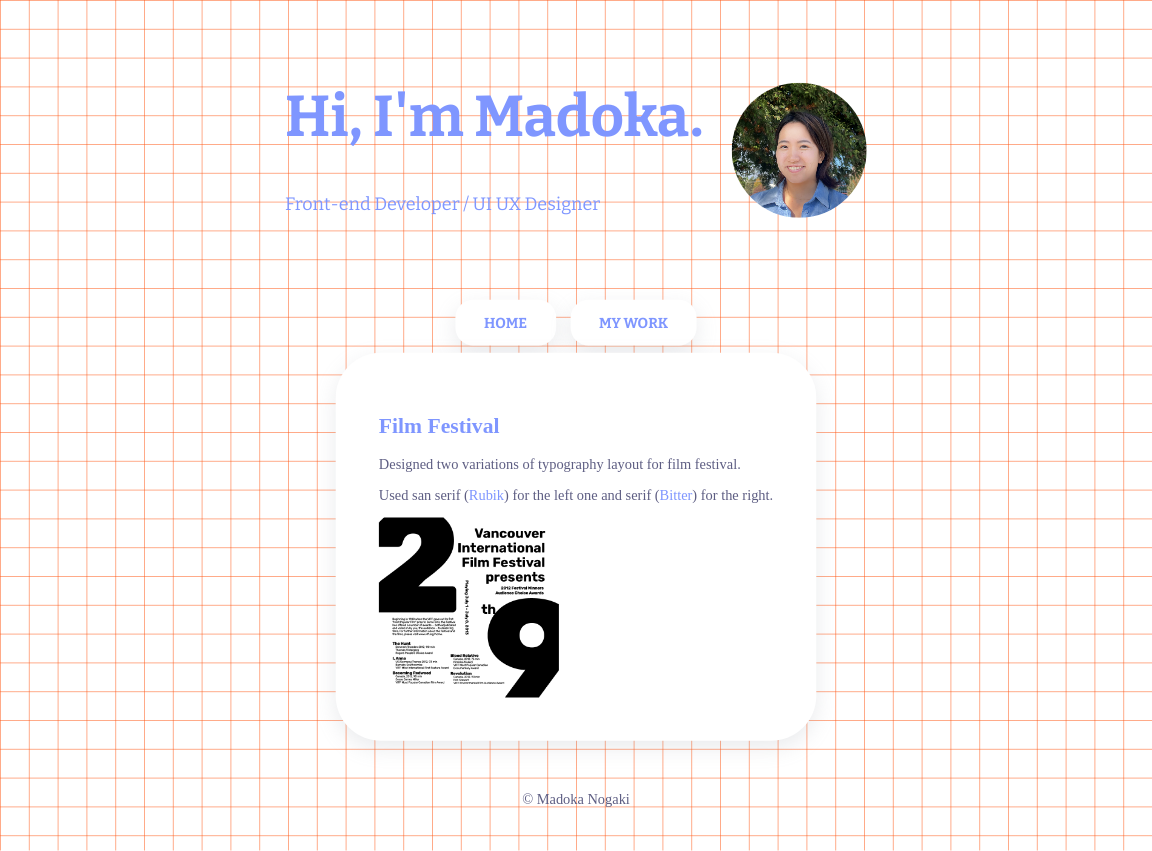
Repository: ohmaruko/portfolio
Page: /links/filmFestival
The author's editor kept a copy of each file at every save. The page is drawn from the files as they stood at one save, then again after the next save.
The browser window is 1280 px wide. The pictures show the whole page, at 90% of full size.
The project was rebuilt for these pictures with package versions that can differ from the ones it lists, and the page was loaded fresh each time. The framework's server and built-in components were replaced by stand-ins that run in the browser. Also part of the build but not shown: next.config.mjs.

Above is the page before, as saved 2024-02-18 23:55:17.

After the next save:
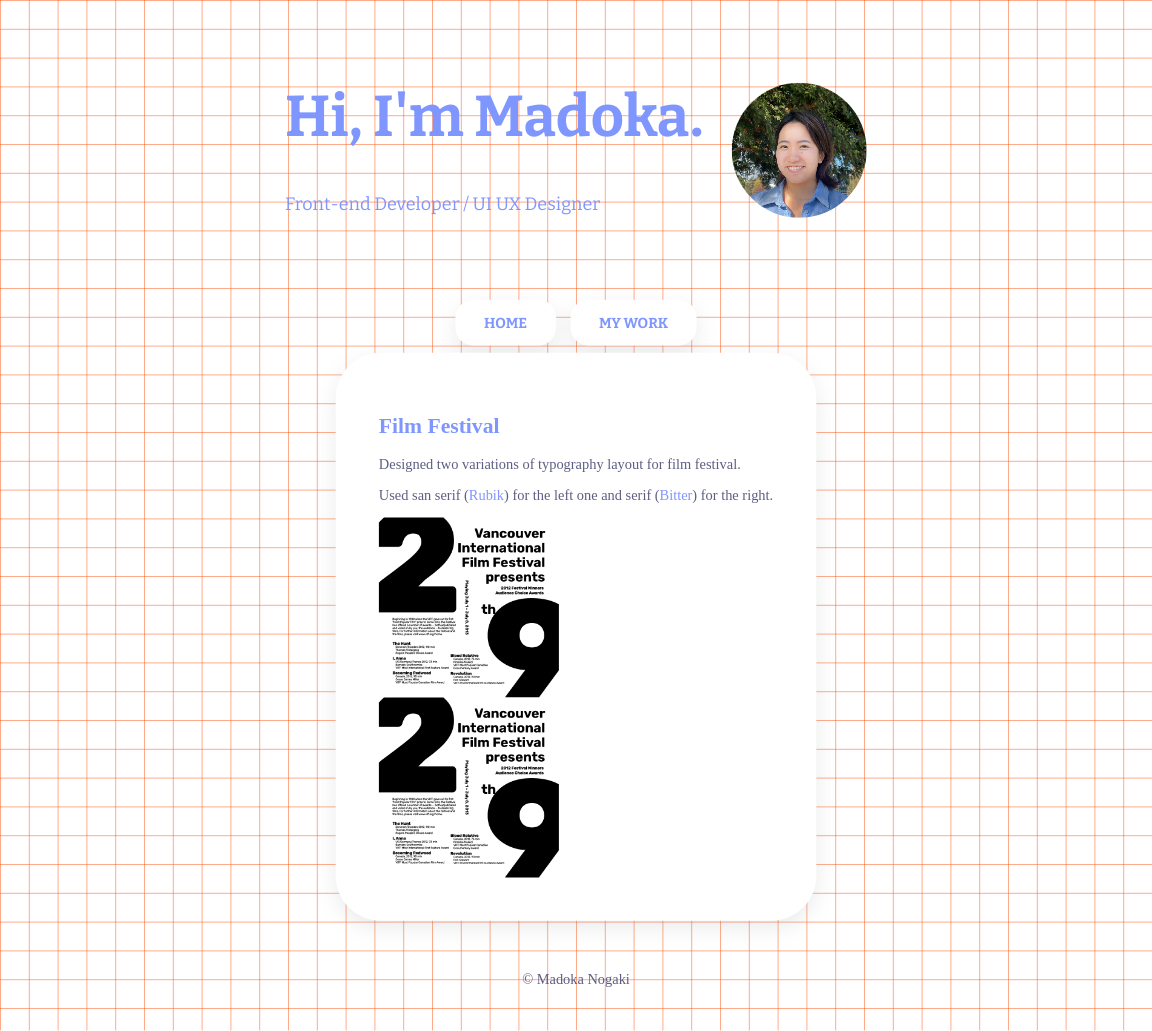
Saved 22 s later.
--- a/pages/links/filmFestival.js
+++ b/pages/links/filmFestival.js
@@ -30,6 +30,9 @@
                         <div className={styles.filmAds}>
                           <Image src='/images/film1.png' alt='Hair Sunset Ad1' fill/>
                         </div>
+                        <div className={styles.filmAds}>
+                          <Image src='/images/film1.png' alt='Hair Sunset Ad1' fill/>
+                        </div>
                         {/* <Image src='/images/film1.png' alt='Hair Sunset Ad1' width={400} height={400}/>
                         <Image src='/images/film2.png' alt='Hair Sunset Ad1' width={400} height={400}/> */}
 
